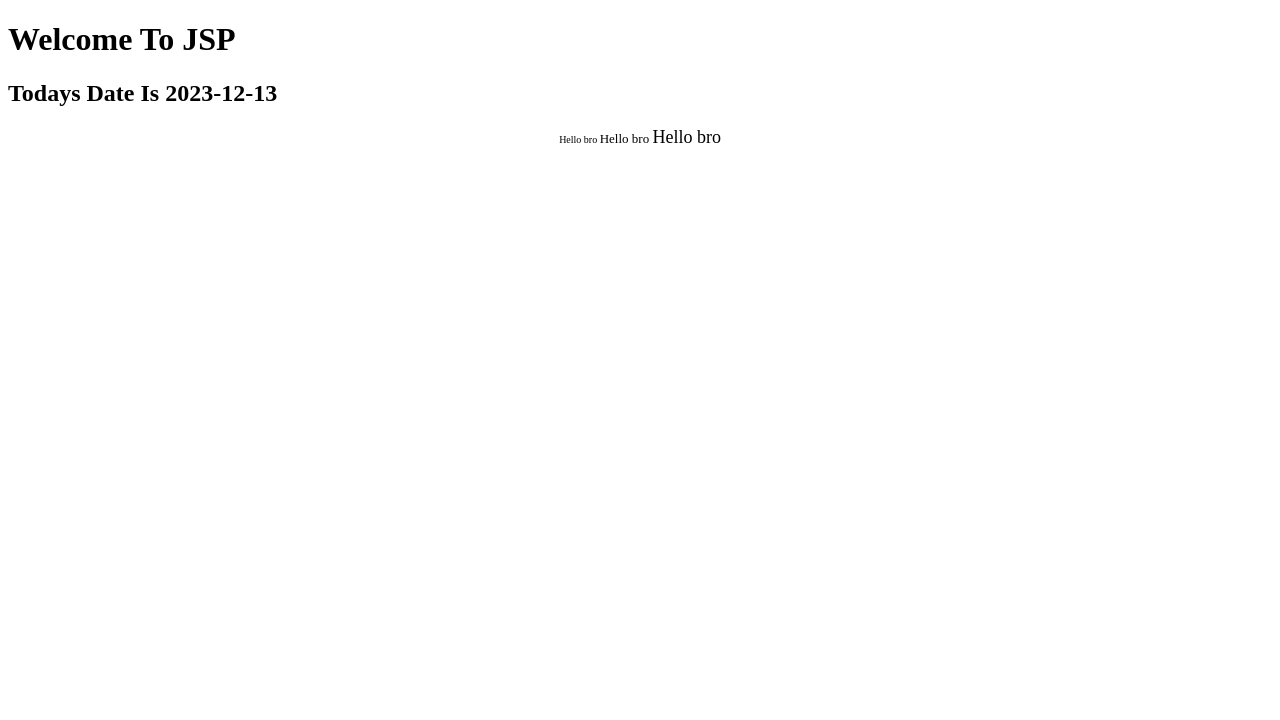
Repository: yashdpatil/Advanced_java
Page: http://localhost/MVC/Hello.jsp
These files come from the project's save history. The page is drawn as it stood at one moment and after the next save; the edit follows.
The browser window is 1280 px wide. The pictures show the whole page.
The page is served by Tomcat 9. Other server files are loaded and not shown.

Above is the page before, as saved 2023-12-14 04:43:25.

### MVC/src/main/webapp/Hello.jsp
<%@page import="java.time.LocalDate"%>
<%@ page language="java" contentType="text/html; charset=ISO-8859-1"
    pageEncoding="ISO-8859-1"%>
<!DOCTYPE html>
<html>
<head>
<meta charset="ISO-8859-1">
<title>Insert title here</title>
</head>
<body>
<h1>Welcome To JSP</h1>
<% LocalDate date = LocalDate.now(); %>
<h2> Todays Date Is <%= date %></h2>

<center>
<%
for(int i =0;i<6;i++){
%>
<font size="<%= i %>
<h1> Hello bro</h1>
<%
}
%>
</center>

</body>
</html>

After the next save:
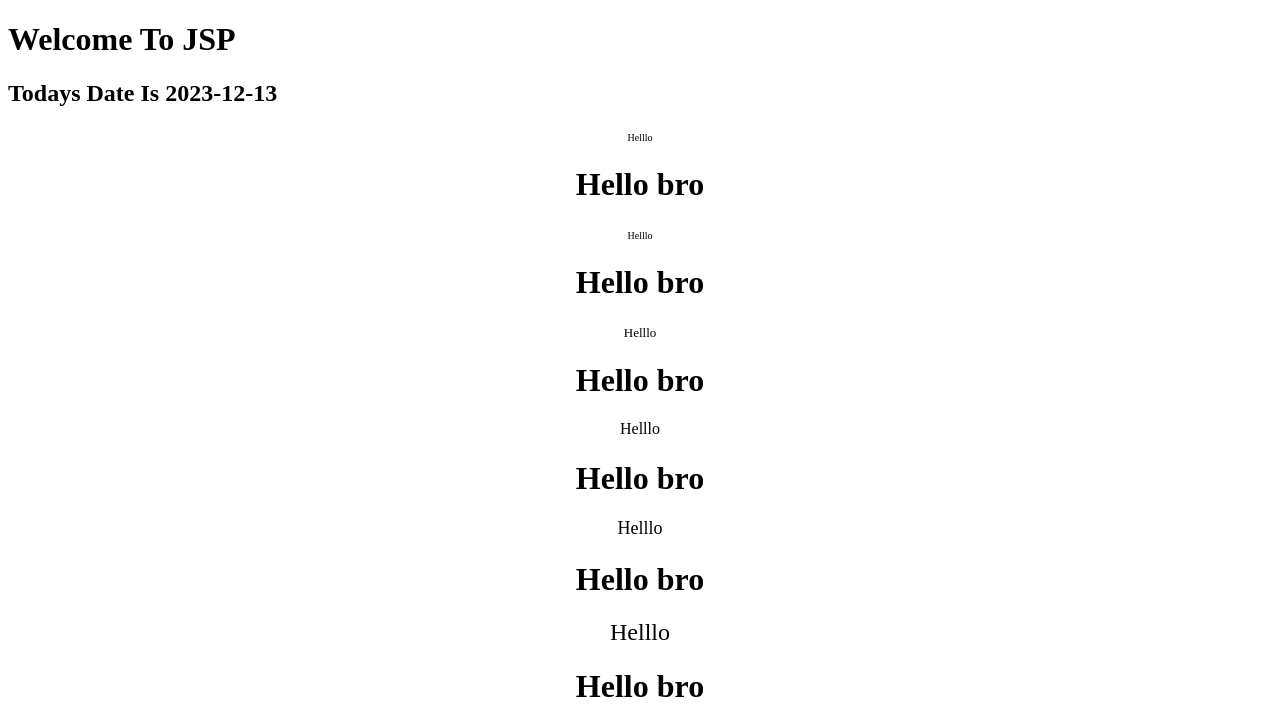
Saved 21 s later.
--- a/MVC/src/main/webapp/Hello.jsp
+++ b/MVC/src/main/webapp/Hello.jsp
@@ -16,7 +16,7 @@
 <%
 for(int i =0;i<6;i++){
 %>
-<font size="<%= i %>
+<font size="<%= i %>">Helllo</font><br>
 <h1> Hello bro</h1>
 <%
 }
